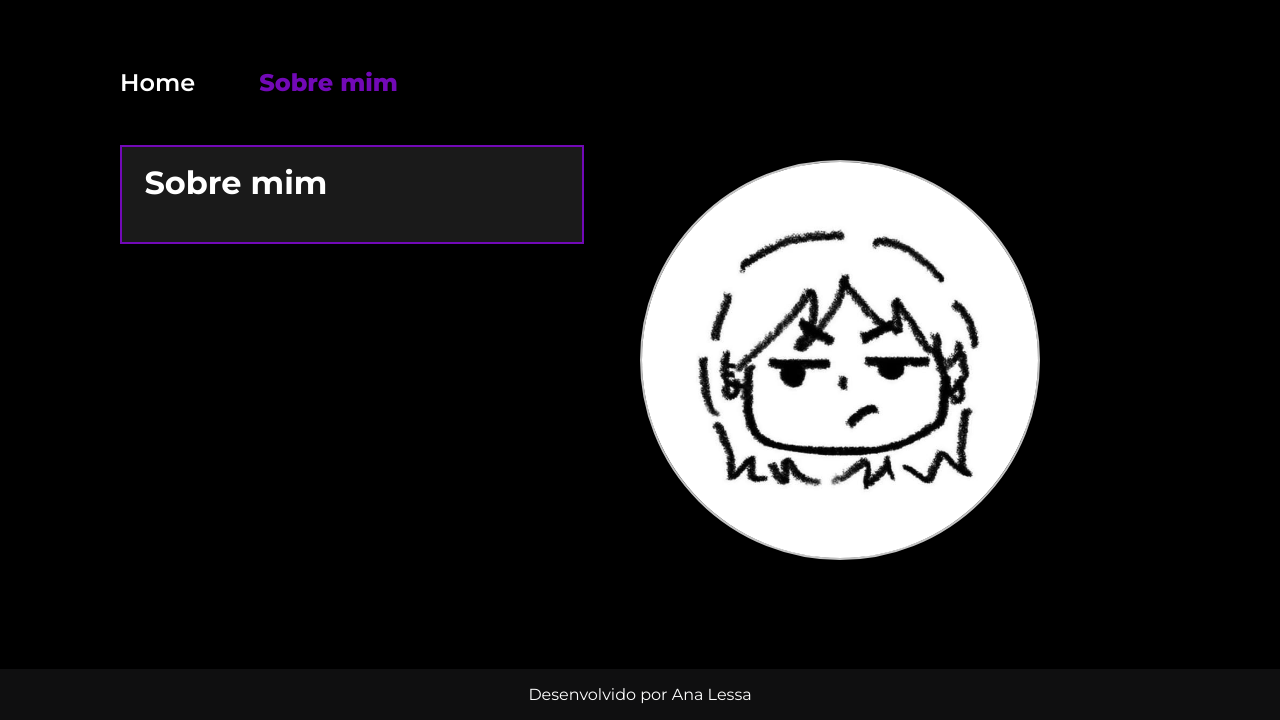
Repository: analessp/portfolio-developer
Page: about-me.html
An editor plug-in stored every save of this project. The page is shown before and after a run of saves, followed by the edit.
The browser window is 1280 px wide. The pictures show the whole page.

Above is the page before, as saved 2025-04-24 11:56:10.

### about-me.html
<!DOCTYPE html>
<html lang="pt-BR">
<head>
    <meta charset="UTF-8">
    <meta name="viewport" content="width=device-width, initial-scale=1.0">
    <title>Sobre mim</title>
    <link rel="stylesheet" href="/style/style.css"
</head>
<body>
    <header>
        <nav>
            <ul class="navbar-list">
                <li>
                    <a href="index.html" class="page">Home</a>
                </li>
                <li>
                    <a href="about-me.html" class="page active">Sobre mim</a>
                </li>
            </ul>
        </nav>
    </header>
    <main>
        <div class="about-me">
            <h1>Sobre mim</h1>
            <p></p>
        </div>
        <img src="/assets/avatar.jfif" alt="Avatar de Ana Lessa" class="logo">
    </main>
    <footer>Desenvolvido por Ana Lessa</footer>
</body>
</html>

### style/style.css
@import url('https://fonts.googleapis.com/css2?family=Montserrat:ital,wght@0,100..900;1,100..900&display=swap');
@import url(/style/about-me.css);

* {
    margin: 0;
    padding: 0;
    box-sizing: border-box;
    font-family: "Montserrat", sans-serif;
}

html, body {
    height: 100%;
    margin: 0;
}

body {
    height: 100vh;
    width: 100%;
    background-color: black;
    color: white;
    display: flex;
    flex-direction: column;
    justify-content: space-between;
}

.navbar-list {
    padding-left: 120px;
    padding-top: 68px;
    display: flex;
    gap: 4rem;
    list-style-type: none;
    color: #7209b7;
    font-weight: 700;
    font-size: 1.5rem;
    margin-bottom: 3rem;
}

.page {
    text-decoration: none;
    color: white;
    font-weight: 600;
}

.active {
    font-weight: 800;
    color: #7209b7;
}

main {
    padding-left: 120px;
    display: flex;
    gap: 10rem;
    align-items: center;
}

.introduce {
    display: flex;
    flex-direction: column;
    gap: 1.5rem;
    width: 40%;
}

.introduce p {
    text-align: justify;
}

.title {
    text-align: center;
}

.title h1 {
    font-size: 3rem;
}

.title h2 {
    font-size: 1.5rem;
    color: #7209b7;
}

.social-links {
    list-style-type: none;
    display: flex;
    flex-direction: column;
    gap: 1.5rem;
    align-items: center;
}

.social-links li {
    border: 2px solid #c3c3c3;
    background-color: rgba(128, 128, 128, 0.454);
    padding: 1rem 0 1rem 0;
    width: 70%;
    text-align: center;
    border-radius: 12px;

&:hover {
    border: 2px solid rgba(128, 128, 128, 0.454);
    background-color: #7209b7;
    transition-duration: 400ms;
    transform: scale(1.1);
  }
}

.social-links a {
    text-decoration: none;
    color: white;
    font-weight: bold;
}

.logo {
    width: 25rem;
    border-radius: 50%;
    border: 2px solid #c3c3c3;
    height: fit-content;
    position: fixed;
    right: 15rem;
    top: 10rem;
}

footer {
    margin-top: auto;
    padding: 1rem 0 1rem 0;
    background-color: rgb(15, 15, 16);
    display: flex;
    flex-direction: column;
    align-items: center;
    gap: 1rem;
    flex-shrink: 0;
}

footer ul {
    display: flex;
    gap: 2rem;
    list-style: none;
    margin-bottom: 1rem;
}

footer a {
    text-decoration: none;
    color: white;
    font-weight: 600;
}

@media only screen and (max-width: 768px) {

    body {
        justify-content: center;
    }

    .navbar-list {
        justify-content: center;
        padding-left: 0;
        padding-top: 40px;
        margin-bottom: 0;
    }

    main {
        height: 100vh;
        margin-top: 0;
        flex-direction: column-reverse;
        padding-left: 0;
        gap: 1rem;
    }

    .introduce {
        justify-content: flex-end;
        width: 80%;
        margin-bottom: 8rem;
    }

    .logo {
        top: 6.5rem;
        width: 18rem;
    }

}

@media only screen and (max-width: 426px) {
    .logo {
        right: 16%;
    }

    .introduce {
        margin-bottom: 3rem;
    }

    .title h1 {
        font-size: 2.5rem;
        margin-bottom: 0.5rem;
    }
}

### style/about-me.css
.about-me {
    background-color: rgba(255, 255, 255, 0.1);
    display: flex;
    flex-direction: column;
    gap: 1.5rem;
    width: 40%;
    text-align: justify;
    padding: 1rem 1.4rem;
    border: 2px solid #7209b7;
}

.about-me

After the next 4 saves:
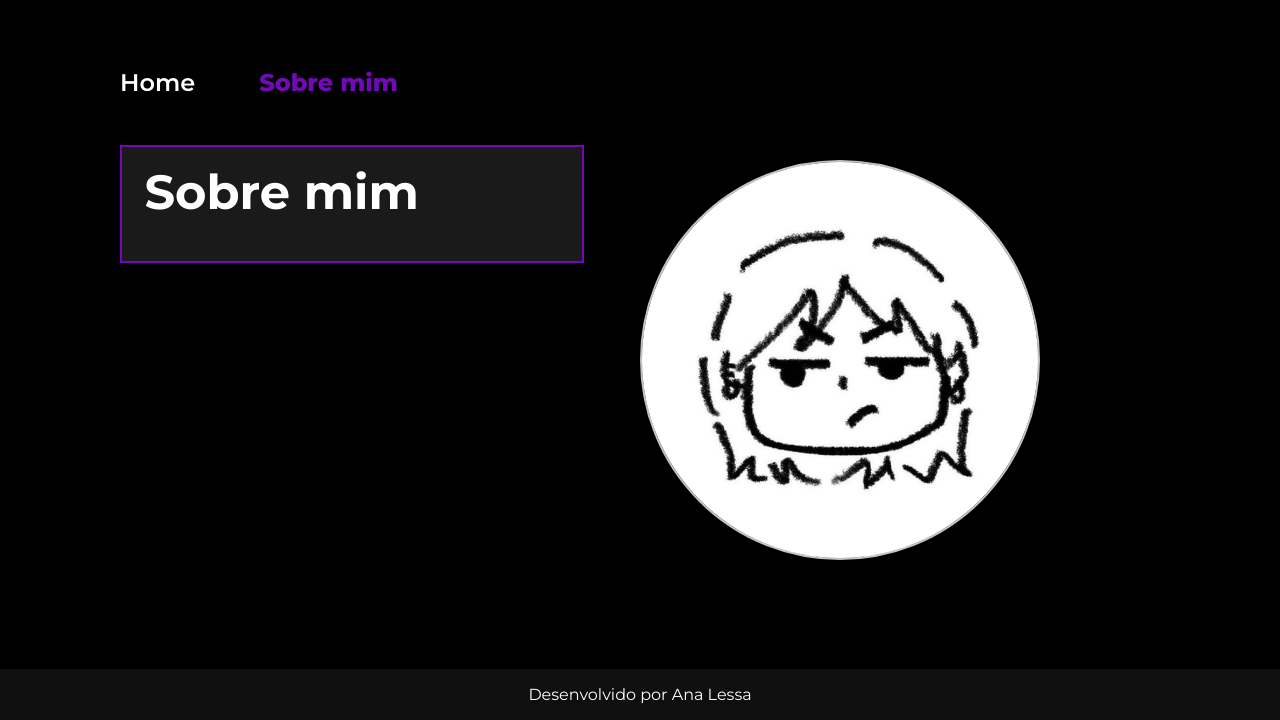
The 4 saves are shown as one change because they came seconds apart.
The last was saved 13 s later.
--- a/style/about-me.css
+++ b/style/about-me.css
@@ -9,4 +9,6 @@
     border: 2px solid #7209b7;
 }
 
-.about-me
+.about-me h1 {
+    font-size: 3rem;
+}
